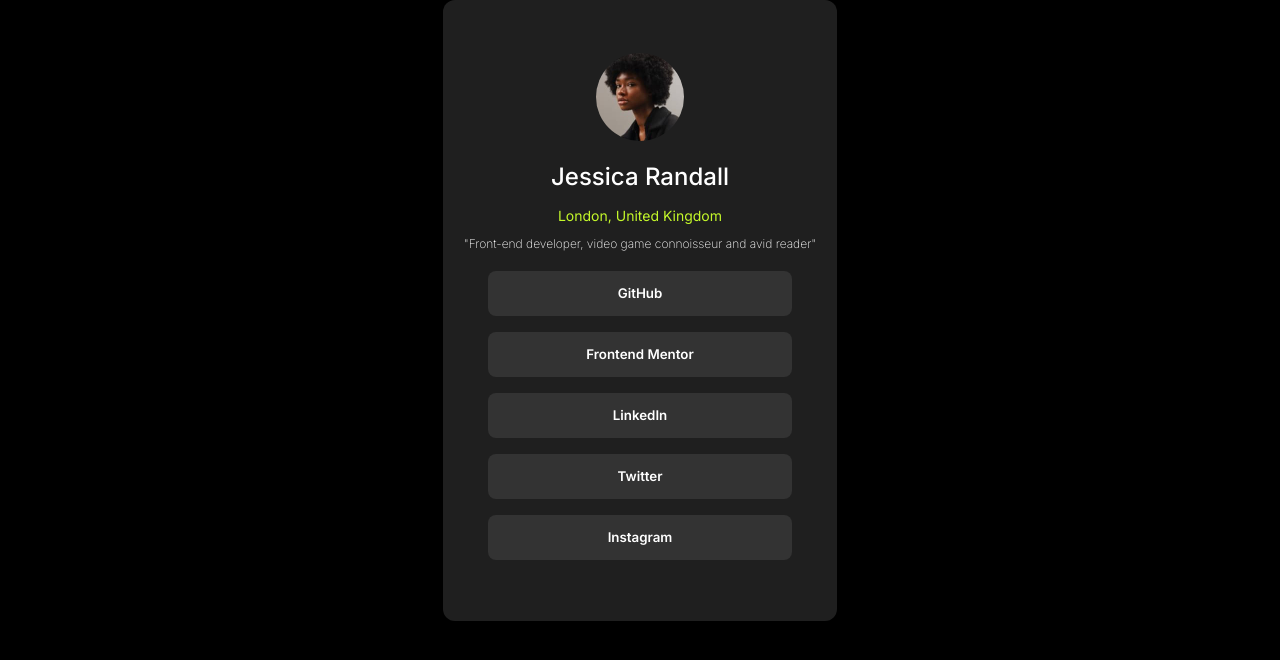
Repository: brandontaylor1/social-links-profile
Page: index.html
An editor plug-in stored every save of this project. The page is shown before and after the next save, followed by the edit.
The browser window is 1280 px wide. The pictures show the whole page.

Above is the page before, as saved 2024-12-25 17:55:08.

### index.html
<!DOCTYPE html>
<html lang="en">
<head>
    <meta charset="UTF-8">
    <meta name="viewport" content="width=device-width, initial-scale=1.0">
    <link rel="preconnect" href="https://fonts.googleapis.com">
    <link rel="preconnect" href="https://fonts.gstatic.com" crossorigin>
    <link href="https://fonts.googleapis.com/css2?family=Inter:ital,opsz,wght@0,14..32,100..900;1,14..32,100..900&display=swap" rel="stylesheet">
    <link rel="stylesheet" href="styles.css">
    <title>Social Links Profile</title>
</head>
<body>
    <main class="container">
        <div class="profile-content">
            <div class="img-container">
                <img src="./images/avatar-jessica.jpeg" class="profile-pic" alt="profile-pic">
            </div>
            <div class="profile-text">
                <h1>Jessica Randall</h1>
                <h2>London, United Kingdom</h2>
                <p>"Front-end developer, video game connoisseur and avid reader"</p>
            </div>
        </div>
        <div class="social-link-button-container">
            <button class="social-link-button"><a href="#">GitHub</a></button>
            <button class="social-link-button"><a href="#">Frontend Mentor</a></button>
            <button class="social-link-button"><a href="#">LinkedIn</a></button>
            <button class="social-link-button"><a href="#">Twitter</a></button>
            <button class="social-link-button"><a href="#">Instagram</a></button>
        </div>
    </main>

    <script src="index.js"></script>
</body>
</html>

### styles.css
:root {
    --gray-900: #141414;
    --gray-800: #1F1F1F;
    --gray-700: #333333;

    --color-white: #FFFFFF;
    --color-black: #000000;

    --color-green: #C4F82A;

}

body {
    box-sizing: border-box;
    margin: 0;
    padding: 0;
    background-color: black;
    display: flex;
    justify-content: center;
    align-items: center;
    font-family: "Inter", sans-serif;
    background-color: var(--color-black);
}

.container {
    background-color: var(--gray-800);
    color: var(--color-white);
    border-radius: 12px;
    padding: 5px 5px;
    width: 384px;
    height: 611px;
    display: flex;
    flex-direction: column;
    justify-content: center;
    align-items: center;
    text-align: center;
}

.profile-content {
    padding: ;
}

.profile-pic {
    width: 88px;
    height: 88px;
    border-radius: 50%;
}

.profile-text h1 {
    font-size: 24px;
    font-family: "Inter", sans-serif;
    font-weight: 500;
}

.profile-text h2 {
    font-size: 14px;
    font-family: "Inter", sans-serif;
    font-weight: 400;
    color: var(--color-green);
}

.profile-text p {
    font-size: 12px;
    font-family: "Inter", sans-serif;
    font-weight: 200;
    color: var(--color-white);
}


.social-link-button-container {
    display: flex;
    flex-direction: column;
    justify-content: center;
    align-items: center;
}

a {
    text-decoration: none;
    color: var(--color-white);
}

a:hover {
    color: var(--color-black);
}

.social-link-button {
    width: 304px;
    height: 45px;
    background-color: var(--gray-700);
    border: none;
    border-radius: 8px;
    margin: 8px;
    font-family: "Inter", sans-serif;
    font-weight: 600;

}

.social-link-button:hover {
    background-color: var(--color-green);

}

Loaded but not shown: index.js (no stored copy; drawn as an empty file)

After the next save:
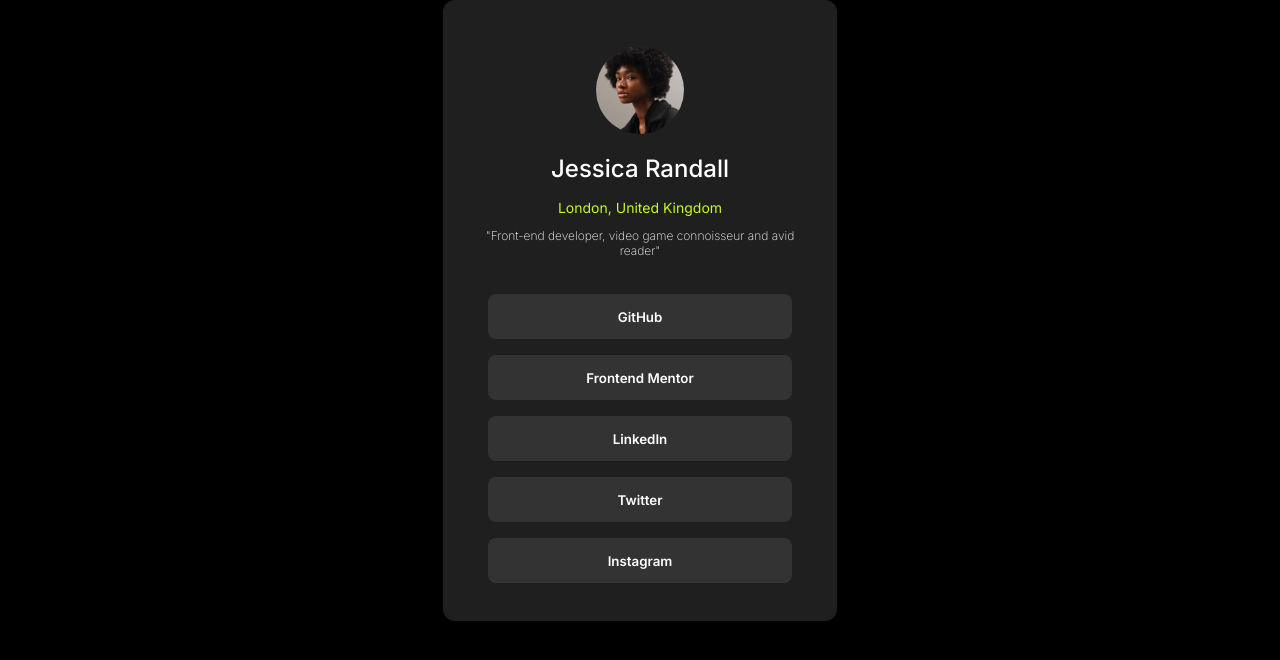
Saved 8 s later.
--- a/styles.css
+++ b/styles.css
@@ -37,7 +37,7 @@ body {
 }
 
 .profile-content {
-    padding: ;
+    padding: 16px;
 }
 
 .profile-pic {
